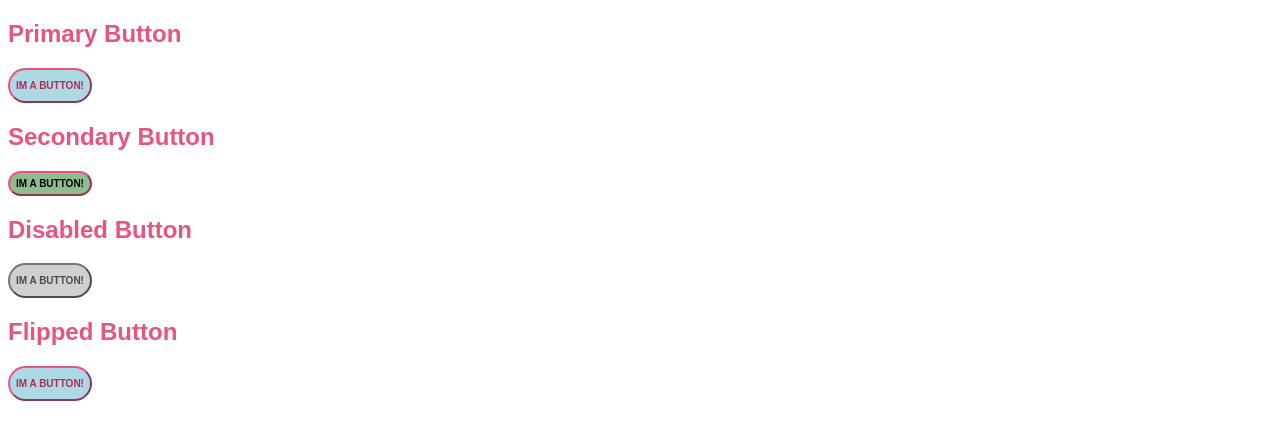
Repository: Jvien2/3126-repo
Page: index.html
The author's editor kept a copy of each file at every save. The page is drawn from the files as they stood at one save, then again after the next save.
The browser window is 1280 px wide. The pictures show the whole page.

Above is the page before, as saved 2026-10-01 01:24:13.
Not found: code.js

After the next save:
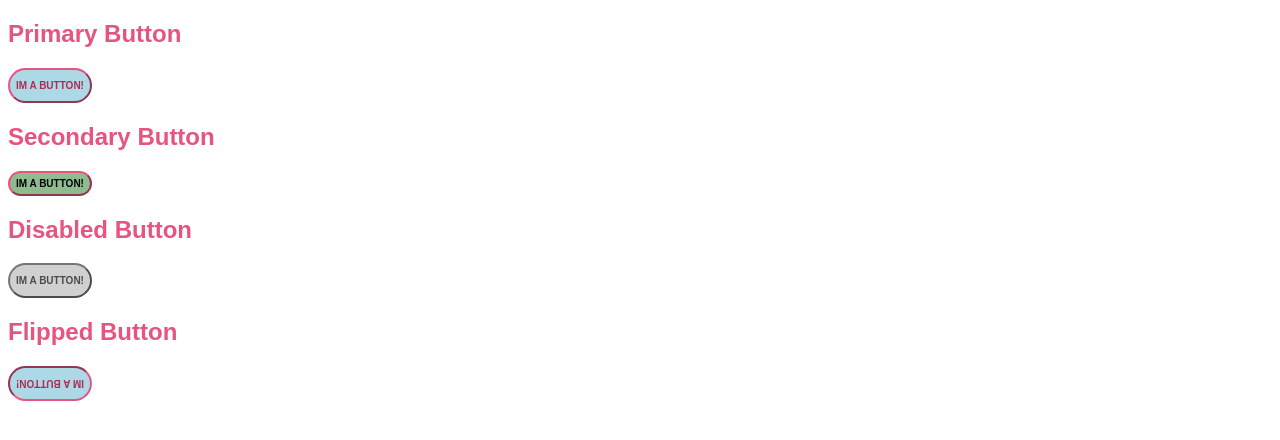
Saved 14 s later.
--- a/style.css
+++ b/style.css
@@ -33,5 +33,5 @@ h2 {
 }
 
 .btn-flipped {
-
+    rotate: 180deg;
 }
